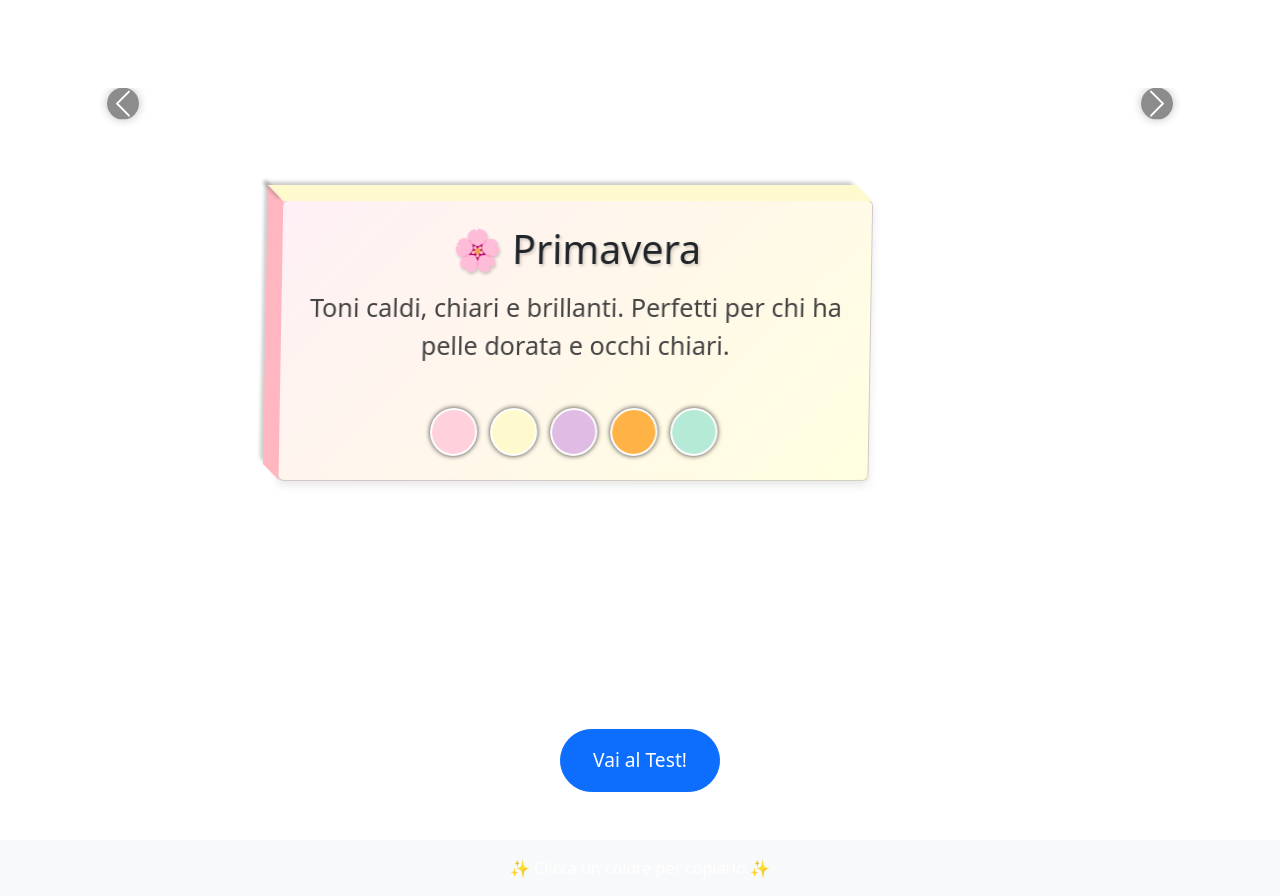
Repository: Probyte5D/Armocromia-website
Page: index.html
The author's editor kept a copy of each file at every save. The page is drawn from the files as they stood at one save, then again after the next save.
The browser window is 1280 px wide. The pictures show the part of the page from y = 504 to 1400 px (the page is 1400 px tall).
Backgrounds fixed to the window are drawn as part of the page.

Above is the page before, as saved 2025-04-18 03:07:44.

### index.html
<!DOCTYPE html>
<html lang="it">
<head>
  <meta charset="UTF-8" />
  <meta name="viewport" content="width=device-width, initial-scale=1.0" />
  <title>Armocromia - Scopri la tua stagione</title>

  <!-- CSS personalizzato -->
  <link rel="stylesheet" href="style.css" />

  <link href="https://fonts.googleapis.com/css2?family=Outfit:wght@300;500;700&display=swap" rel="stylesheet">

  <!-- Bootstrap CSS -->
  <link href="https://cdn.jsdelivr.net/npm/bootstrap@5.3.0-alpha1/dist/css/bootstrap.min.css" rel="stylesheet">
</head>

<body>

  <!-- NAVBAR -->
  <nav class="navbar navbar-expand-lg navbar-dark fixed-top" style="background-color: rgba(0, 0, 0, 0.5);">
    <div class="container-fluid">
      <a class="navbar-brand" href="#">🌸 Armocromia</a>
      <button class="navbar-toggler" type="button" data-bs-toggle="collapse" data-bs-target="#navbarNav">
        <span class="navbar-toggler-icon"></span>
      </button>
      <div class="collapse navbar-collapse" id="navbarNav">
        <ul class="navbar-nav ms-auto">
          <li class="nav-item"><a class="nav-link" href="#">Home</a></li>
          <li class="nav-item"><a class="nav-link" href="#">About</a></li>
          <li class="nav-item"><a class="nav-link" href="test.html">Test Armocromia</a></li>
          <li class="nav-item"><a class="nav-link" href="#">Contact</a></li>
        </ul>
      </div>
    </div>
  </nav>

  <!-- HEADER -->
  <header>
    <h1>🌈 Armocromia</h1>
    <p>Scopri le palette perfette per la tua stagione.</p>
    <button class="btn btn-outline-light mt-3" data-bs-toggle="modal" data-bs-target="#introModal">Cos'è l'Armocromia?</button>
  </header>

  <!-- MODAL -->
  <div class="modal fade" id="introModal" tabindex="-1" aria-labelledby="introModalLabel" aria-hidden="true">
    <div class="modal-dialog">
      <div class="modal-content rounded-4 shadow">
        <div class="modal-header">
          <h5 class="modal-title">Benvenuto nel mondo dell’armocromia ✨</h5>
          <button type="button" class="btn-close" data-bs-dismiss="modal"></button>
        </div>
        <div class="modal-body">
          L'armocromia è lo studio dei colori più adatti a te in base a incarnato, occhi e capelli.
        </div>
        <div class="modal-footer">
          <button type="button" class="btn btn-primary" data-bs-dismiss="modal">Inizia!</button>
        </div>
      </div>
    </div>
  </div>

  <!-- MAIN -->
  <main>
    <section class="carousel-container">
      <div id="carouselExample" class="carousel slide" data-bs-ride="carousel">
        <div class="carousel-inner">
          <!-- Card Primavera -->
          <div class="carousel-item active">
            <div class="card primavera">
              <h3>🌸 Primavera</h3>
              <p>Toni caldi, chiari e brillanti. Perfetti per chi ha pelle dorata e occhi chiari.</p>
              <div class="palette">
                <div class="color" style="background-color: #FFD1DC;"></div>
                <div class="color" style="background-color: #FFFACD;"></div>
                <div class="color" style="background-color: #E0BBE4;"></div>
                <div class="color" style="background-color: #FFB347;"></div>
                <div class="color" style="background-color: #B5EAD7;"></div>
              </div>
            </div>
          </div>

          <!-- Card Estate -->
          <div class="carousel-item">
            <div class="card estate">
              <h3>☀️ Estate</h3>
              <p>Toni freddi e soft, ideali per carnagioni rosate e occhi chiari.</p>
              <div class="palette">
                <div class="color" style="background-color: #BFD7EA;"></div>
                <div class="color" style="background-color: #D6E2E9;"></div>
                <div class="color" style="background-color: #A2D2FF;"></div>
                <div class="color" style="background-color: #CDB4DB;"></div>
                <div class="color" style="background-color: #E2F0CB;"></div>
              </div>
            </div>
          </div>

          <!-- Card Autunno -->
          <div class="carousel-item">
            <div class="card autunno">
              <h3>🍁 Autunno</h3>
              <p>Toni caldi, intensi e terrosi. Per incarnati dorati e occhi scuri o verdi.</p>
              <div class="palette">
                <div class="color" style="background-color: #D2691E;"></div>
                <div class="color" style="background-color: #C3B091;"></div>
                <div class="color" style="background-color: #A0522D;"></div>
                <div class="color" style="background-color: #F4A460;"></div>
                <div class="color" style="background-color: #B22222;"></div>
              </div>
            </div>
          </div>

          <!-- Card Inverno -->
          <div class="carousel-item">
            <div class="card inverno">
              <h3>❄️ Inverno</h3>
              <p>Toni freddi e contrastati, perfetti per pelli olivastre e capelli scuri.</p>
              <div class="palette">
                <div class="color" style="background-color: #000000;"></div>
                <div class="color" style="background-color: #4169E1;"></div>
                <div class="color" style="background-color: #8A2BE2;"></div>
                <div class="color" style="background-color: #FF1493;"></div>
                <div class="color" style="background-color: #00CED1;"></div>
              </div>
            </div>
          </div>
        </div>

        <!-- Controlli carousel -->
        <button class="carousel-control-prev" type="button" data-bs-target="#carouselExample" data-bs-slide="prev">
          <span class="carousel-control-prev-icon"></span>
        </button>
        <button class="carousel-control-next" type="button" data-bs-target="#carouselExample" data-bs-slide="next">
          <span class="carousel-control-next-icon"></span>
        </button>
      </div>
    </section>

    <!-- Link test -->
    <section class="test-link text-center mt-5">
      <a href="test.html"><button id="vai-al-test" class="btn btn-primary">Vai al Test!</button></a>
    </section>
  </main>

  <!-- Footer -->
  <footer class="text-center mt-5 p-3 bg-light">
    <p>✨ Clicca un colore per copiarlo ✨</p>
  </footer>

  <!-- TOAST -->
  <div class="toast-container position-fixed bottom-0 end-0 p-3">
    <div id="copyToast" class="toast text-bg-success border-0" role="alert">
      <div class="d-flex">
        <div class="toast-body">Colore copiato!</div>
        <button type="button" class="btn-close btn-close-white me-2 m-auto" data-bs-dismiss="toast"></button>
      </div>
    </div>
  </div>

  <!-- Bootstrap & Script -->
  <script src="https://cdn.jsdelivr.net/npm/bootstrap@5.3.0-alpha1/dist/js/bootstrap.bundle.min.js"></script>
  <script src="script.js">

    // Inizializza carousel
const myCarousel = document.querySelector('#carouselExample');
if (myCarousel) {
  new bootstrap.Carousel(myCarousel);
}

// Clicca su colore per copiarlo
document.querySelectorAll('.color').forEach(el => {
  el.addEventListener('click', () => {
    navigator.clipboard.writeText(el.style.backgroundColor);
    const toast = new bootstrap.Toast(document.getElementById('copyToast'));
    toast.show();
  });
});

  </script>
</body>
</html>

### style.css
/* Base styles */
body {
  font-family: 'Roboto', sans-serif;
  margin: 0;
  padding: 0;
  background-color: #f0f0f0;
}

.html{
  font-size: 62.5%;
}


body {
  font-family: 'Segoe UI', sans-serif;
  background-color: #fdfdfd;
}

header {

    height: 70vh; /* oppure 50vh, 40vh, a seconda dell'effetto desiderato */

  background: url('https://images.unsplash.com/photo-1558452337-ca6e53836504?w=500&auto=format&fit=crop&q=60&ixlib=rb-4.0.3&ixid=M3wxMjA3fDB8MHxzZWFyY2h8MTMyfHxhcm1vY3JvbWlhJTIwcGFsZXR0ZSUyMHBpdHR1cmF8ZW58MHx8MHx8fDI%3D') no-repeat center center/cover;
  color: white;
  display: flex;
  flex-direction: column;
  justify-content: center;
  align-items: center;
  text-align: center;
  background-attachment: fixed;
  padding: 20px;
  position: relative; /* importante per ::before */
}

header h1 {
  font-size: 4rem;
  font-weight: bold;
}

.card {
  background-color: white;
  border: none;
  border-radius: 20px;
  padding: 2rem;
  box-shadow: 0 8px 20px rgba(0, 0, 0, 0.1);
  margin: 2rem auto;
  max-width: 600px;
  text-align: center;
}

.palette {
  display: flex;
  justify-content: center;
  gap: 10px;
  margin-top: 1rem;
}

.color {
  width: 40px;
  height: 40px;
  border-radius: 50%;
  cursor: pointer;
  border: 2px solid #fff;
  box-shadow: 0 2px 5px rgba(0,0,0,0.1);
}

#vai-al-test {
  padding: 1rem 2rem;
  font-size: 1.2rem;
  border-radius: 50px;
}


header::before {
  content: '';
  position: absolute;
  top: 0;
  left: 0;
  width: 100%;
  height: 100%;
  background: rgba(0, 0, 0, 0.4);
  backdrop-filter: blur(2px);
}

header h1, header p, header button {
  position: relative;
  z-index: 2;
}


header p {
  font-size: 1.5rem;
  margin-top: 10px;
}

/* Navigation Bar */
nav {
  position: fixed;
  top: 0;
  left: 0;
  width: 100%;
  background-color: #2C3E50;
  padding: 15px 30px;
  z-index: 1000;
}

nav ul {
  display: flex;
  justify-content: space-around;
  list-style: none;
  margin: 0;
  padding: 0;
}

nav ul li {
  font-size: 1.2rem;
}

nav ul li a {
  color: white;
  text-decoration: none;
  padding: 10px 20px;
  border-radius: 5px;
  transition: background-color 0.3s ease;
}

nav ul li a:hover {
  background-color: #3498db;
}

/* Carosello e Cards */
.carousel {
  display: flex;
  justify-content: space-between;
  gap: 20px;
  margin: 40px 0;
  overflow-x: auto;
  padding: 20px;
}

.card {
  width: 250px;
  padding: 20px;
  background-color: white;
  border-radius: 10px;
  box-shadow: 0 4px 10px rgba(0, 0, 0, 0.1);
  transition: transform 0.3s ease;
}

.card:hover {
  transform: scale(1.05);
}

.card h3 {
  font-size: 1.5rem;
  margin-bottom: 15px;
}

.card p {
  font-size: 1.1rem;
  color: #555;
}

.palette {
  display: flex;
  justify-content: space-between;
  gap: 10px;
  margin-top: 10px;
}

.color {
  width: 50px;
  height: 50px;
  border-radius: 8px;
  box-shadow: 0 4px 8px rgba(0, 0, 0, 0.1);
}

/* Footer */
footer {
  text-align: center;
  padding: 20px;
  background-color: #2C3E50;
  color: white;
}

footer p {
  font-size: 1rem;
  margin: 0;
}

/* Media Queries */
@media (max-width: 768px) {
  header h1 {
    font-size: 2.5rem;
  }

  header p {
    font-size: 1.2rem;
  }

  nav ul {
    flex-direction: column;
    align-items: center;
  }

  nav ul li {
    margin: 10px 0;
  }

  .carousel {
    flex-direction: column;
    align-items: center;
  }
}

.carousel {
  display: flex;
  flex-wrap: wrap;
  justify-content: center;
  gap: 3rem;
  padding: 5rem 2rem;
}

.card {
  position: relative;
  width: 30rem;
  padding: 3rem;
  border-radius: 1.5rem;
  background-color: rgba(255, 255, 255, 0.9);
  box-shadow: 0.8rem 0.8rem 2rem rgba(0, 0, 0, 0.3);
  transform: rotateY(10deg) skewX(-1deg);
  transition: transform 0.4s, box-shadow 0.4s;
  display: flex;
  flex-direction: column;
  align-items: center;
  text-align: center;
}

.card:hover {
  transform: rotateY(10deg) skewX(-1deg) translateY(-1rem);
  box-shadow: 1.5rem 1.5rem 3rem rgba(0, 0, 0, 0.4);
}

.card::before {
  content: "";
  position: absolute;
  top: 0;
  left: -1rem;
  width: 1rem;
  height: 100%;
  background-color: #bba584;
  transform: skewY(45deg);
  transform-origin: right;
  box-shadow: -.2rem -.2rem .2rem rgba(0,0,0,0.2);
}

.card::after {
  content: "";
  position: absolute;
  top: -1rem;
  left: 0;
  width: 100%;
  height: 1rem;
  background-color: #eee1c6;
  transform: skewX(45deg);
  transform-origin: bottom;
  box-shadow: -.2rem -.2rem .2rem rgba(0,0,0,0.2);
}

.card h3 {
  font-size: 2.5rem;
  margin-bottom: 1rem;
  text-shadow: 0.1rem 0.1rem 0.2rem #00000033;
}

.card p {
  font-size: 1.6rem;
  font-weight: 500;
  margin-bottom: 2rem;
  color: #444;
}

.palette {
  display: flex;
  gap: 0.8rem;
}

.color {
  width: 3rem;
  height: 3rem;
  border-radius: 50%;
  box-shadow: 0 0 0.3rem #333;
  cursor: pointer;
  transition: transform 0.3s;
}

.color:hover {
  transform: scale(1.2);
}

.primavera {
  background: linear-gradient(135deg, #fff0f5, #ffffe0);
  border-left: 1rem solid #ffd1dc;
}
.primavera::before {
  background-color: #ffb6c1;
}
.primavera::after {
  background-color: #fffacd;
}

.estate {
  background: linear-gradient(135deg, #d6e2e9, #e2f0cb);
  border-left: 1rem solid #a2d2ff;
}
.estate::before {
  background-color: #a2d2ff;
}
.estate::after {
  background-color: #cdb4db;
}

.autunno {
  background: linear-gradient(135deg, #fff5e1, #f4a460);
  border-left: 1rem solid #a0522d;
}
.autunno::before {
  background-color: #d2691e;
}
.autunno::after {
  background-color: #c3b091;
}

.inverno {
  background: linear-gradient(135deg, #e0e0e0, #d1d1ff);
  border-left: 1rem solid #8a2be2;
}
.inverno::before {
  background-color: #000000;
}
.inverno::after {
  background-color: #4169e1;
}



 /* Carosello delle stagioni */
.carousel-container {
  padding: 3rem 2rem;
  position: relative; /* Assicurati che le frecce siano posizionate rispetto a questa sezione */
}

.carousel-inner {
  display: flex;
  overflow: hidden;
}

.carousel-item {
  flex: 0 0 auto;
  width: 250px; /* Ridotto per dare spazio alle frecce */
  margin-right: 20px;
  transition: transform 0.3s ease;
}

.card {
  width: 100%; /* La card si adatta alla larghezza impostata */
  padding: 1.5rem;
  background-color: rgba(255, 255, 255, 0.9);
  border-radius: 1rem;
  box-shadow: 0 4px 10px rgba(0, 0, 0, 0.1);
  transition: transform 0.2s ease;
}



/* Stile per le frecce */
.carousel-control-prev-icon,
.carousel-control-next-icon {
  background-color: rgba(0, 0, 0, 0.9); /* Maggiore contrasto per la visibilità */
  border-radius: 50%;
  width: 40px;  /* Aumenta la dimensione della freccia */
  height: 40px;
  background-size: 30px; /* Dimensioni dell'icona */
  margin-top: 2rem;
  box-shadow: 0 0 10px rgba(0, 0, 0, 0.5); /* Aggiungi ombra per maggiore visibilità */
}

.carousel-control-prev,
.carousel-control-next {
  position: absolute;
  top: 50%;
  transform: translateY(-50%);
  z-index: 15; /* Assicurati che siano sopra le cards */
  background-color: rgba(17, 17, 17, 0.5); /* Colore di sfondo delle frecce */
  padding: 10px;
  border-radius: 50%;
  cursor: pointer; /* Aggiungi un cursore per l'interattività */
}

.carousel-control-prev {
  left: 10px; /* Posizione della freccia sinistra */
  color: #000000;
}

.carousel-control-next {
  right: 10px; /* Posizione della freccia destra */
}

/* Responsività per schermi più piccoli */
@media (max-width: 768px) {
  .carousel-item {
    width: 100%;
  }
}

### script.js
/*document.getElementById('armocromiaTest').addEventListener('submit', function(e) {
  e.preventDefault();

  const capelli = document.querySelector('input[name="capelli"]:checked')?.value;
  const occhi = document.querySelector('input[name="occhi"]:checked')?.value;
  const pelle = document.querySelector('input[name="pelle"]:checked')?.value;

  if (!capelli || !occhi || !pelle) {
    alert('Per favore, rispondi a tutte le domande.');
    return;
  }

  let stagione = '';
  let palette = [];

  // Logica semplificata per determinare la stagione
  if (capelli === 'chiari' && occhi === 'chiari' && pelle === 'si_abbronza') {
    stagione = 'Primavera';
    palette = ['#FFD1DC', '#FFFACD', '#E0BBE4', '#FFB347', '#B5EAD7'];
  } else if (capelli === 'chiari' && occhi === 'chiari' && pelle === 'si_scotta') {
    stagione = 'Estate';
    palette = ['#BFD7EA', '#D6E2E9', '#A2D2FF', '#CDB4DB', '#E2F0CB'];
  } else if (capelli === 'scuri' && occhi === 'scuri' && pelle === 'si_abbronza') {
    stagione = 'Autunno';
    palette = ['#D2691E', '#C3B091', '#A0522D', '#F4A460', '#B22222'];
  } else {
    stagione = 'Inverno';
    palette = ['#000000', '#4169E1', '#8A2BE2', '#FF1493', '#00CED1'];
  }

  document.getElementById('stagione').textContent = `La tua stagione è: ${stagione}`;
  const paletteContainer = document.getElementById('palette');
  paletteContainer.innerHTML = '';
  palette.forEach(color => {
    const div = document.createElement('div');
    div.className = 'color-box';
    div.style.backgroundColor = color;
    div.title = color;
    div.addEventListener('click', () => {
      navigator.clipboard.writeText(color);
      alert(`Colore ${color} copiato negli appunti!`);
    });
    paletteContainer.appendChild(div);
  });

  document.getElementById('risultato').classList.remove('hidden');
});
*/

After the next save:
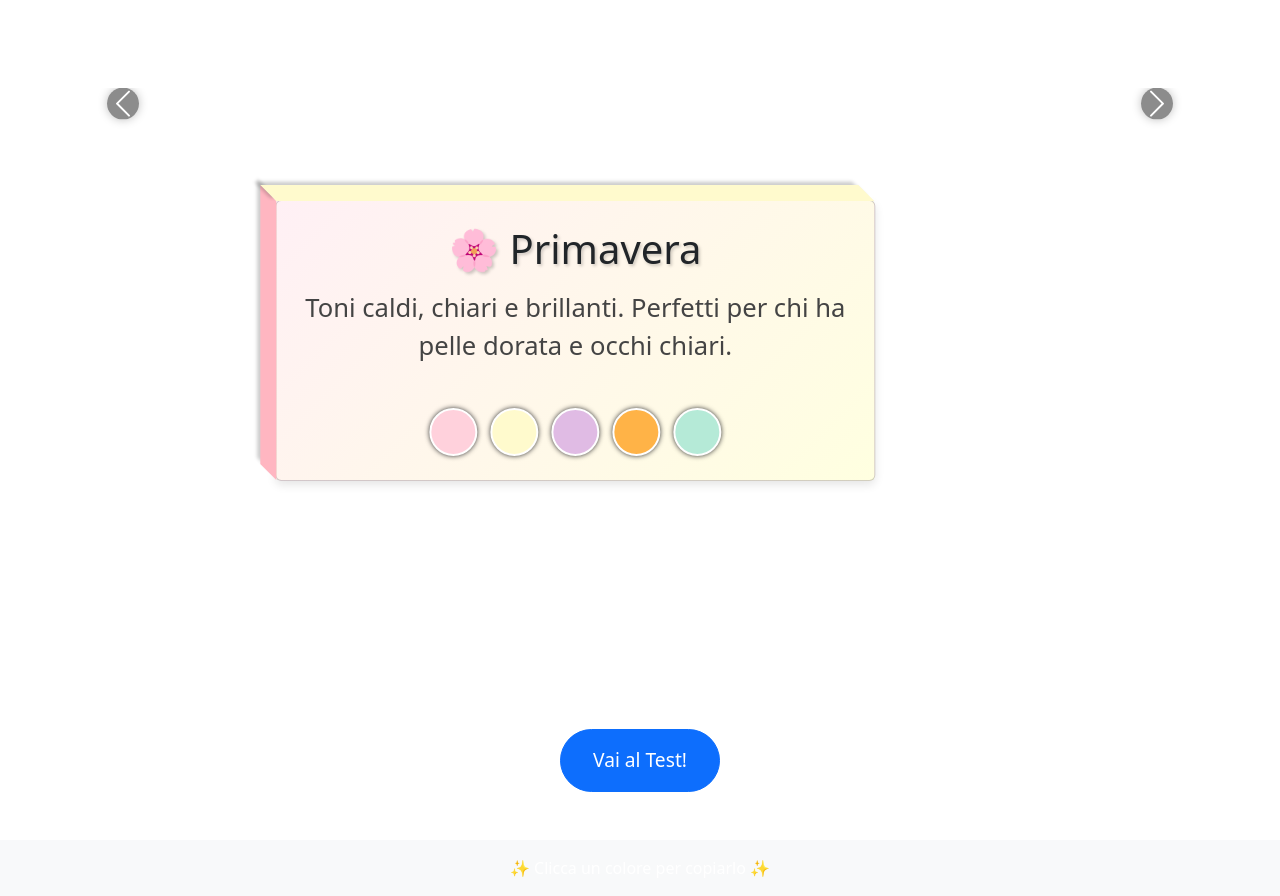
Saved 37 s later.
--- a/style.css
+++ b/style.css
@@ -412,3 +412,20 @@ footer p {
     width: 100%;
   }
 }
+
+
+
+@keyframes fadeUp {
+  0% {
+    opacity: 0;
+    transform: translateY(30px);
+  }
+  100% {
+    opacity: 1;
+    transform: translateY(0);
+  }
+}
+
+.card {
+  animation: fadeUp 0.8s ease forwards;
+}
